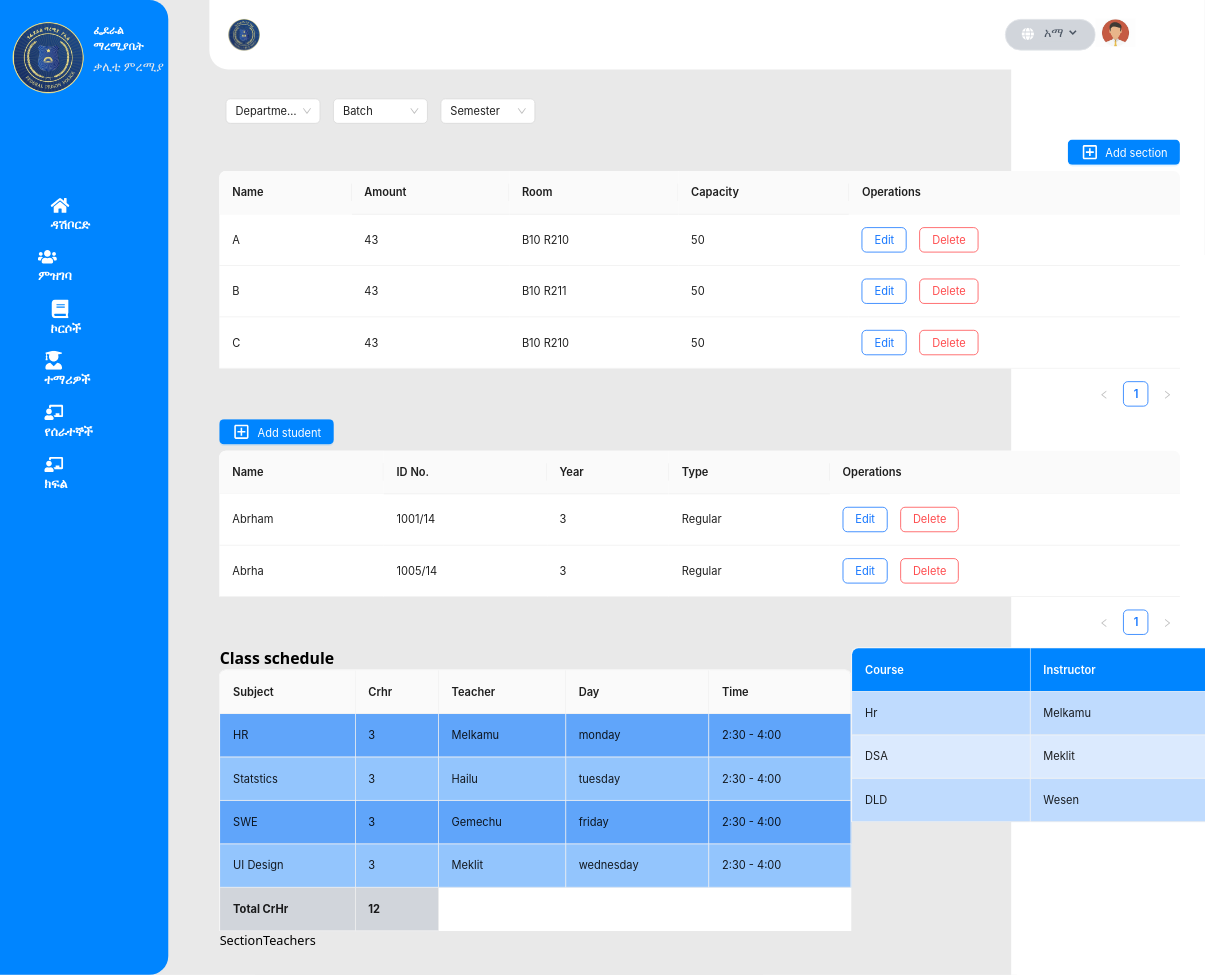
Repository: Yigoya/federal-prison-education-ms-frontend
Page: /classroom, after clicking the first element matching `td.ant-table-cell > a`
An editor plug-in stored every save of this project. The page is shown before and after the next save, followed by the edit.
The browser window is 1280 px wide. The page is 1525 px wide, so the pictures cover 1525 px, including what lies to the right of the window. The pictures show the whole page, at 79% of full size.
The project was rebuilt for these pictures with package versions that can differ from the ones it lists, and the page was loaded fresh each time. Also part of the build but not shown: vite.config.js, src/App.css, src/pages/DashBoard.jsx, src/pages/Courses.jsx, src/layout/AuthLayout.jsx, src/pages/Login.jsx, src/pages/Teachers.jsx, src/pages/StudentRegistration.jsx and 3 more. Imported but missing from the stored project, and not drawn on this page: src/pages/Students.

Above is the page before, as saved 2024-07-05 10:19:38.

After the next save:
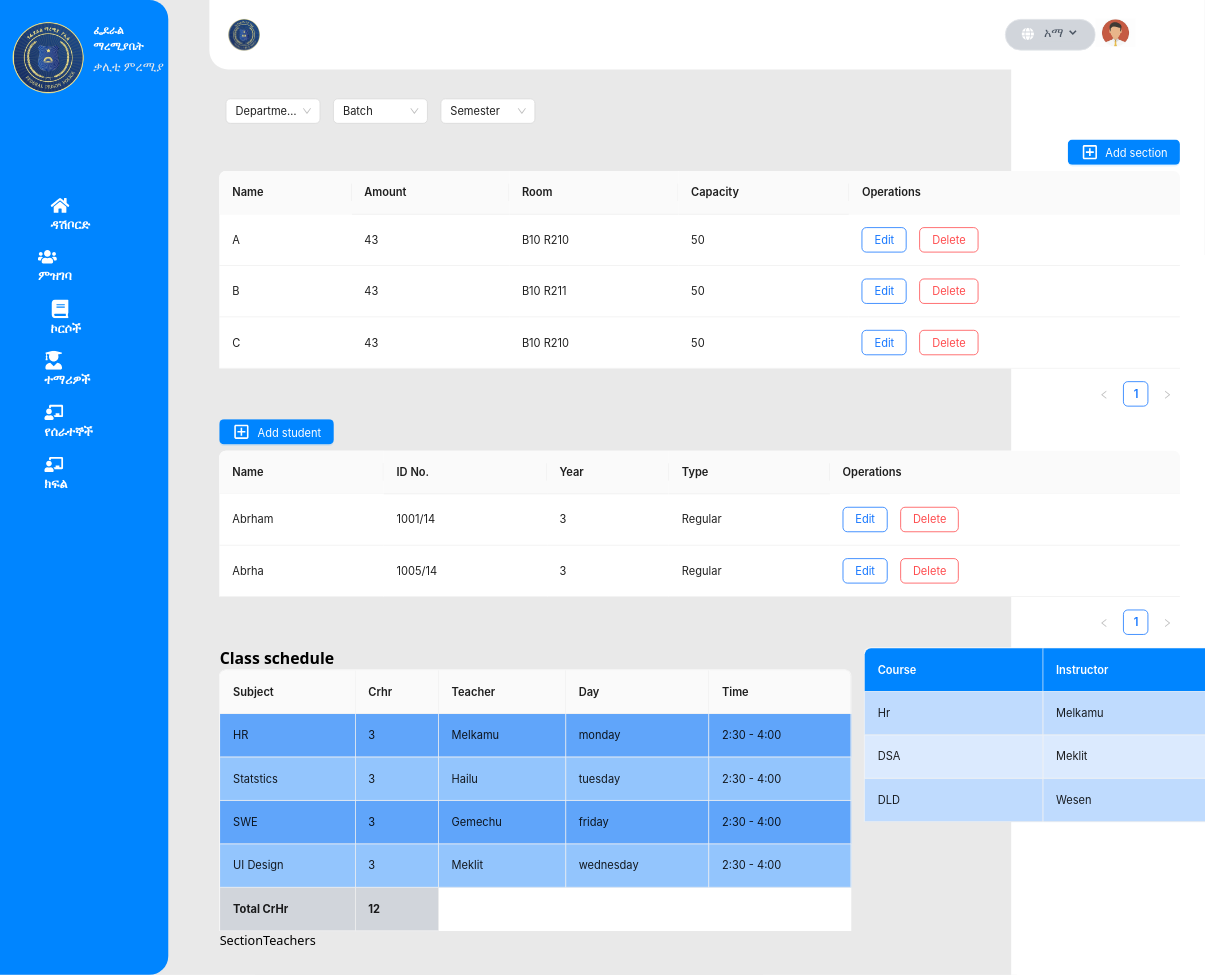
Saved 4 s later.
--- a/src/components/classroom/SectionsTable.jsx
+++ b/src/components/classroom/SectionsTable.jsx
@@ -62,7 +62,7 @@
       />
       {activeSection && <div>
         <StudentsTable section={activeSection}/>
-        <div className="flex">
+        <div className="flex gap-2">
         <ClassSchedule/> <br />
         <CoursesList/>
         </div>
